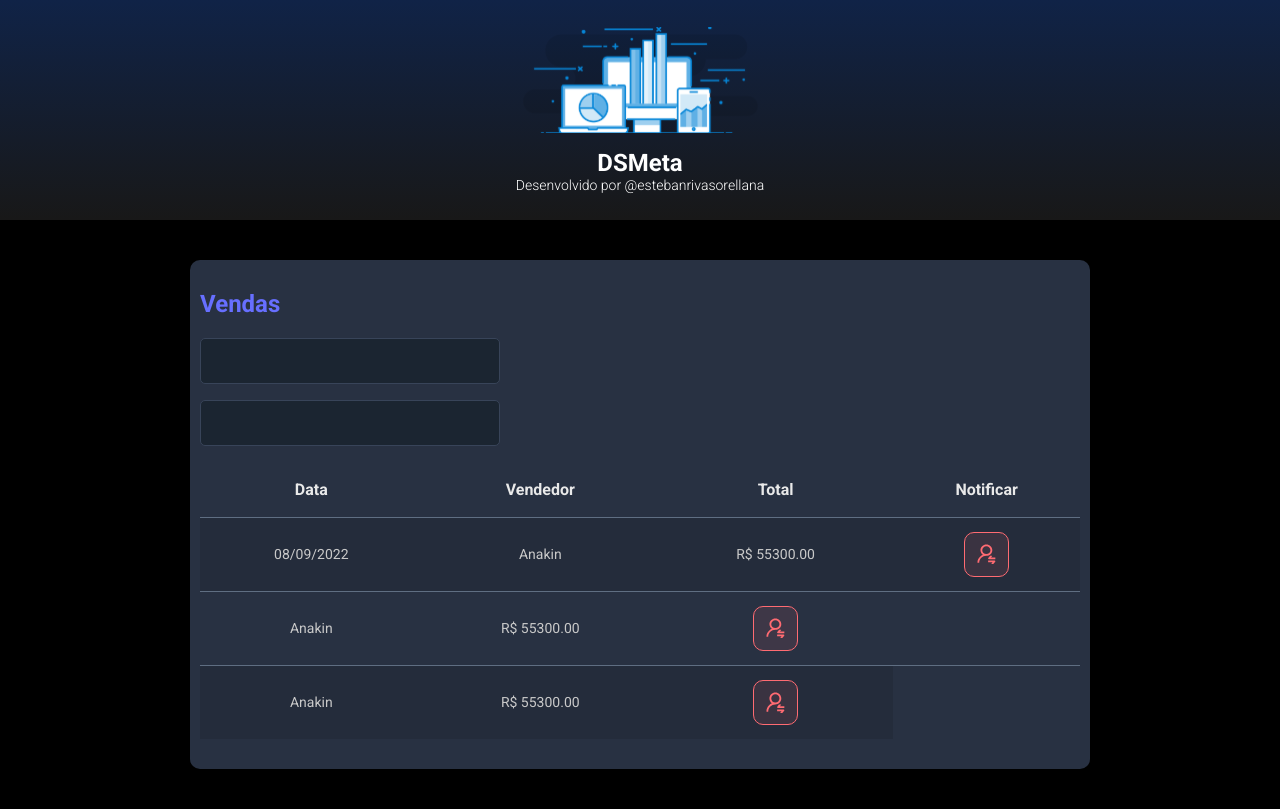
Repository: estebanrivas/dsmeta-css
Page: index.html
The author's editor kept a copy of each file at every save. The page is drawn from the files as they stood at one save, then again after a run of saves.
The browser window is 1280 px wide. The pictures show the whole page.

Above is the page before, as saved 2022-09-08 22:19:16.

### index.html
<!DOCTYPE html>
<html lang="en">

<head>
    <meta charset="UTF-8">
    <meta http-equiv="X-UA-Compatible" content="IE=edge">
    <meta name="viewport" content="width=device-width, initial-scale=1.0">
    <title>DSMeta</title>

    <link rel="stylesheet" href="css/styles.css">
</head>

<body>
    <header>
        <div class="dsmeta-logo-container">
            <img src="images/logo.svg" alt="DSMeta">
            <h1>DSMeta</h1>
            <p>Desenvolvido por
                <a href="https://www.instagram.com/estebanrivasorellana/">@estebanrivasorellana</a>
            </p>
        </div>
    </header>

    <main>
        <section id="sales">
            <div class="dsmeta-container">
                <div class="dsmeta-card">
                    <h2 class="dsmeta-sales-title">Vendas</h2>

                    <div>
                        <div class="dsmeta-form-control-container">
                            <input class="dsmeta-form-control" type="text">
                        </div>
                        <div class="dsmeta-form-control-container">
                            <input class="dsmeta-form-control" type="text">
                        </div>
                    </div>

                    <div>
                        <table class="dsmeta-sales-table">
                            <thead>
                                <tr>
                                    <th>Data</th>
                                    <th>Vendedor</th>
                                    <th>Total</th>
                                    <th>Notificar</th>
                                </tr>
                            </thead>
                            <tbody>
                                <tr>
                                    <td>08/09/2022</td>
                                    <td>Anakin</td>
                                    <td>R$ 55300.00</td>
                                    <td>
                                        <div class="dsmeta-red-btn-container">
                                            <div class="dsmeta-red-btn">
                                                <img src="images/notification-icon.svg" alt="Notificar">
                                            </div>
                                        </div>
                                    </td>
                                </tr>
                                <tr>
                                    <td>Anakin</td>
                                    <td>R$ 55300.00</td>
                                    <td>
                                        <div class="dsmeta-red-btn-container">
                                            <div class="dsmeta-red-btn">
                                                <img src="images/notification-icon.svg" alt="Notificar">
                                            </div>
                                        </div>
                                    </td>
                                </tr>
                                <tr>
                                    <td>Anakin</td>
                                    <td>R$ 55300.00</td>
                                    <td>
                                        <div class="dsmeta-red-btn-container">
                                            <div class="dsmeta-red-btn">
                                                <img src="images/notification-icon.svg" alt="Notificar">
                                            </div>
                                        </div>
                                    </td>
                                </tr>
                            </tbody>
                        </table>
                    </div>
                </div>
            </div>
        </section>
    </main>


</body>

</html>

### css/styles.css
@import url("https://fonts.googleapis.com/css2?family=Roboto:wght@300;400;700&display=swap");

* {
  font-family: "Roboto", sans-serif;
  box-sizing: border-box;
  margin: 0;
  padding: 0;
}

body,
html {
  background-color: #000;
  color: #fff;
}

a,
a:hover,
a:visited {
  color: unset;
  text-decoration: none;
}

header {
  height: 220px;
  background: linear-gradient(180deg, #102347 0%, #181818 100%);
  display: flex;
  align-items: center;
  justify-content: center;
}

.dsmeta-logo-container {
  display: flex;
  flex-direction: column;
  align-items: center;
}

.dsmeta-logo-container img {
  width: 235px;
}

.dsmeta-logo-container h1 {
  padding-top: 15px;
  font-size: 24px;
}

.dsmeta-logo-container p {
  font-size: 14px;
  font-weight: 300;
}

#sales {
  padding: 40px 10px;
}

.dsmeta-container {
  width: 100%;
  max-width: 900px;
  margin: 0 auto;
}

.dsmeta-card {
  background-color: #283142;
  border-radius: 10px;
  padding: 30px 10px;
}

.dsmeta-form-control-container {
  margin-bottom: 16px;
  max-width: 300px;
}

.dsmeta-form-control {
  width: 100%;
  height: 46px;
  background-color: #1b2531;
  border: 1px solid #384459;
  border-radius: 5px;
  color: #9aaabe;
  padding: 0 20px;
  font-size: 18px;
  font-weight: 400;
}

.dsmeta-sales-title {
  color: #676fff;
  font-size: 24px;
  margin-bottom: 20px;
}

.dsmeta-sales-table {
  width: 100%;
  border-spacing: 0;
  border-collapse: collapse;
}

.dsmeta-sales-table thead {
  height: 55px;
  font-size: 16px;
  color: #e9e9e9;
  font-weight: 700;
}

.dsmeta-sales-table tbody {
  font-size: 14px;
  font-weight: 400;
  color: #c9c9c9;
  text-align: center;
}

.dsmeta-sales-table tbody tr {
  height: 74px;
  border-top: 1px solid #5f6e82;
}

.dsmeta-sales-table tbody tr:hover > td {
  background-color: #384459;
}

.dsmeta-sales-table tbody tr:nth-child(odd) {
  background-color: #242c3b;
}

.dsmeta-red-btn-container{
    display: flex;
    justify-content: center;
}

.dsmeta-red-btn {
  height: 45px;
  width: 45px;
  display: flex;
  align-items: center;
  justify-content: center;
  background: rgba(255, 107, 114, 0.1);
  border: 1px solid #ff6b72;
  border-radius: 10px;
  cursor: pointer;
}

.dsmeta-red-btn img{
    width: 19px;
}

After the next 2 saves:
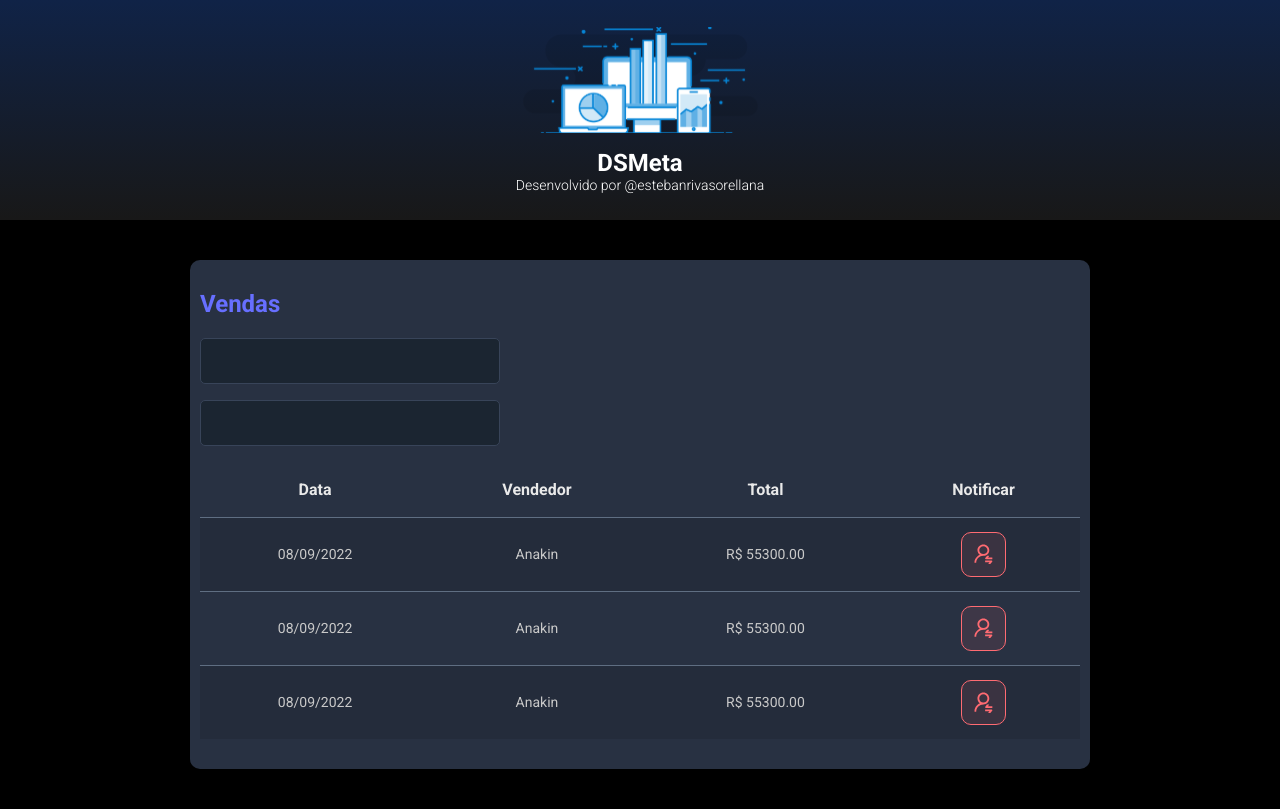
The 2 saves are shown as one change because they came seconds apart.
The last was saved 7 s later.
--- a/index.html
+++ b/index.html
@@ -60,6 +60,7 @@
                                     </td>
                                 </tr>
                                 <tr>
+                                    <td>08/09/2022</td>
                                     <td>Anakin</td>
                                     <td>R$ 55300.00</td>
                                     <td>
@@ -71,6 +72,7 @@
                                     </td>
                                 </tr>
                                 <tr>
+                                    <td>08/09/2022</td>
                                     <td>Anakin</td>
                                     <td>R$ 55300.00</td>
                                     <td>
